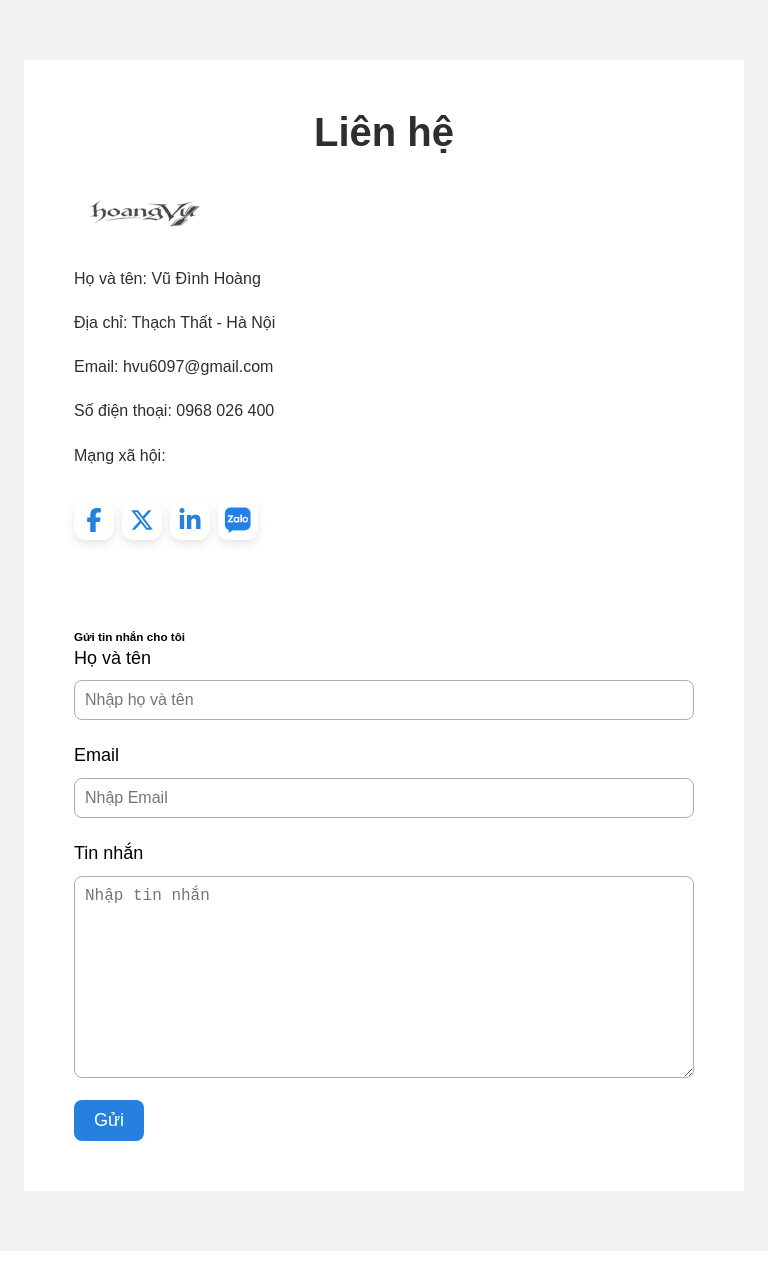
Repository: hoang28092000/portfolio
Page: pages/contact.html
An editor plug-in stored every save of this project. The page is shown before and after a run of saves, followed by the edit.
The browser window is 768 px wide. The pictures show the whole page.

Above is the page before, as saved 2025-04-12 01:19:32.

After the next 2 saves:
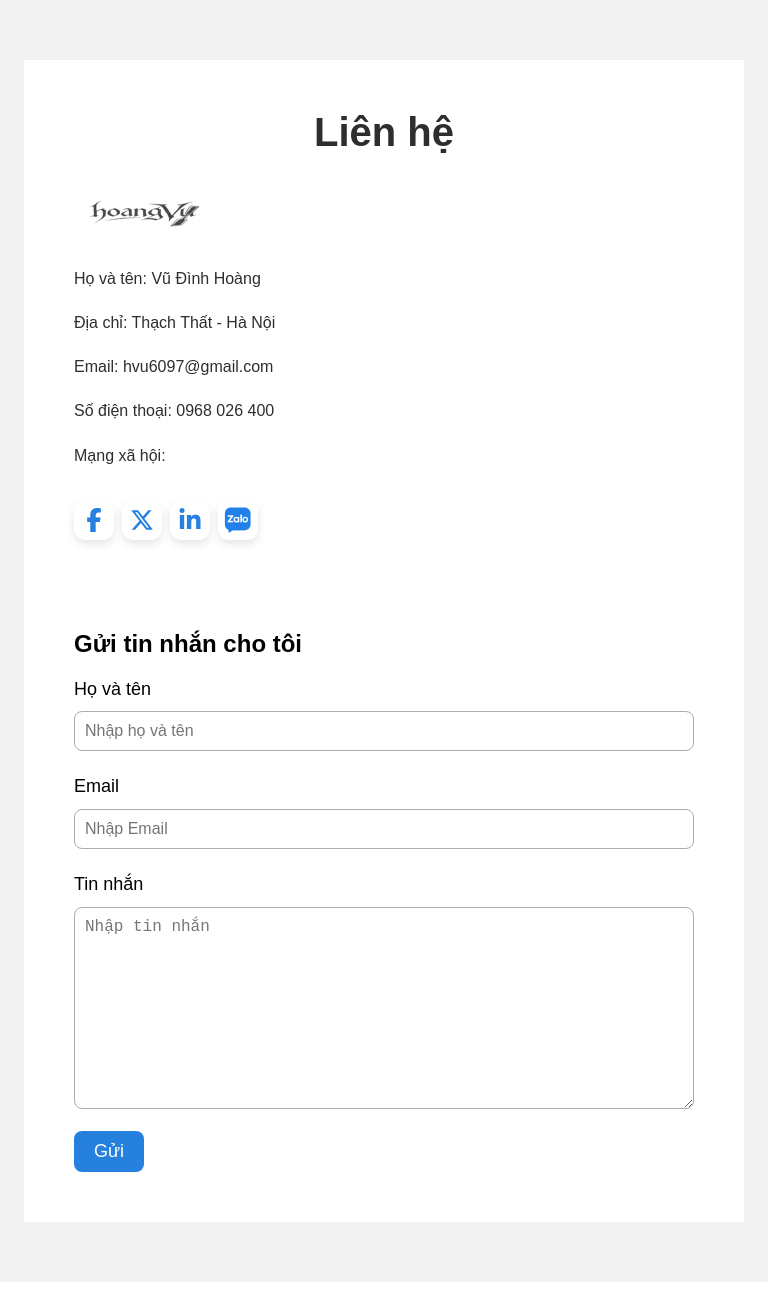
The 2 saves are shown as one change because they came seconds apart.
The last was saved 7 s later.
--- a/css/responsive-pages.css
+++ b/css/responsive-pages.css
@@ -124,7 +124,10 @@
     height: auto;
     margin-bottom: 60px;
   }
-
+  .title-contact-form{
+    font-size: 2.4rem;
+    margin-bottom: 16px;
+  }
   .contact-right{
     width: 100%;
     height: auto;
